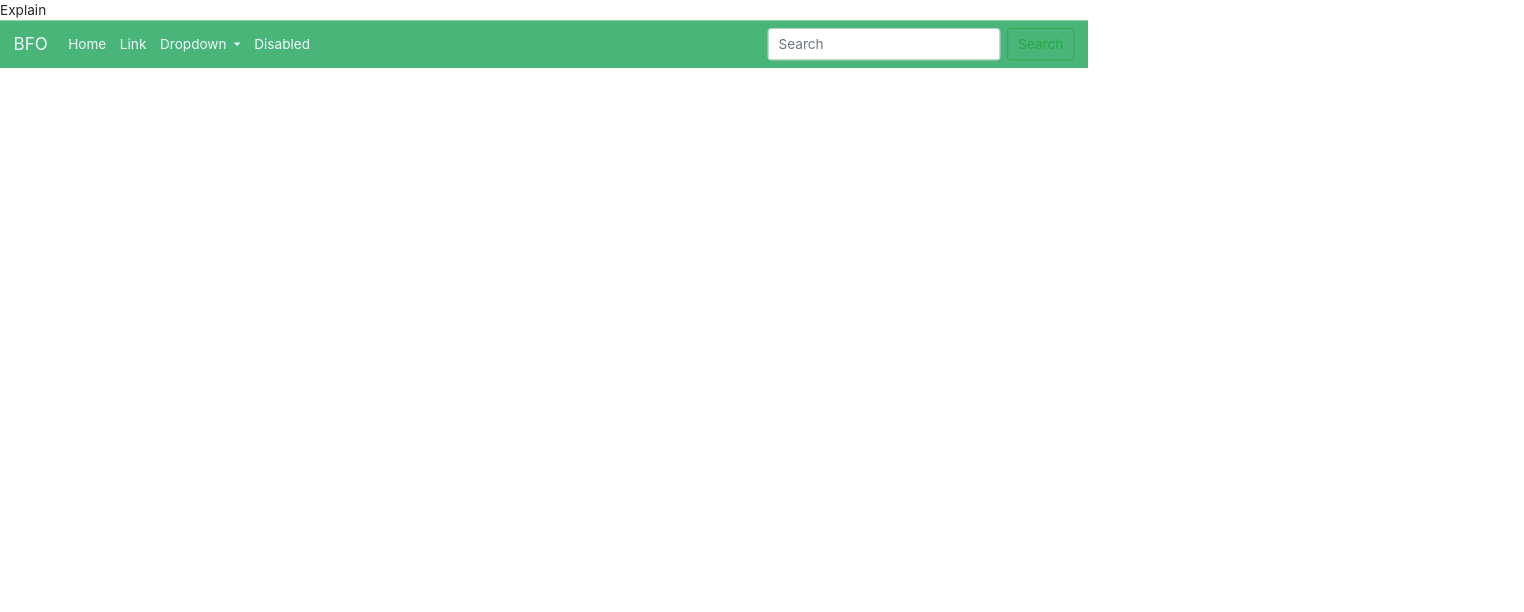
Repository: tsthuy/Badminton
Page: index.html
An editor plug-in stored every save of this project. The page is shown before and after the next save, followed by the edit.
The browser window is 1280 px wide. The page is 1280 px wide, then 1793 px, so the pictures cover 1793 px, including what lies to the right of the window. The pictures show the whole page, at 85% of full size.
Some web libraries are served in a nearby version.

Above is the page before, as saved 2023-10-12 20:26:15.

After the next save:
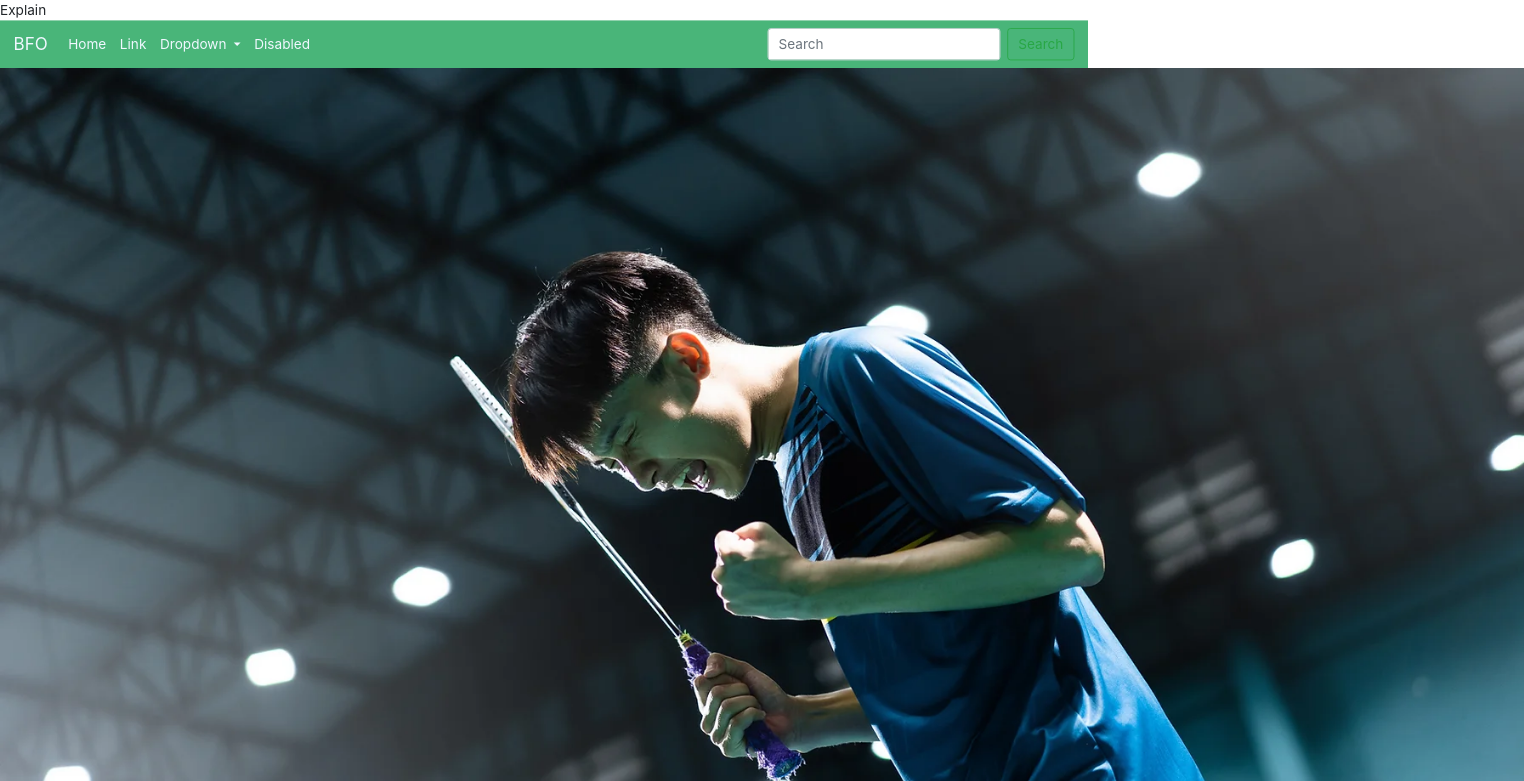
Saved 21 min 45 s later.
--- a/index.html
+++ b/index.html
@@ -45,7 +45,9 @@
     </form>
   </div>
 </nav>
-
+   <div class="background_cover">
+    <img src="./Image/A man in a badminton match.webp" alt="">
+   </div>
 
 </body>
 <script src="https://code.jquery.com/jquery-3.2.1.slim.min.js" integrity="sha384-KJ3o2DKtIkvYIK3UENzmM7KCkRr/rE9/Qpg6aAZGJwFDMVNA/GpGFF93hXpG5KkN" crossorigin="anonymous"></script>
